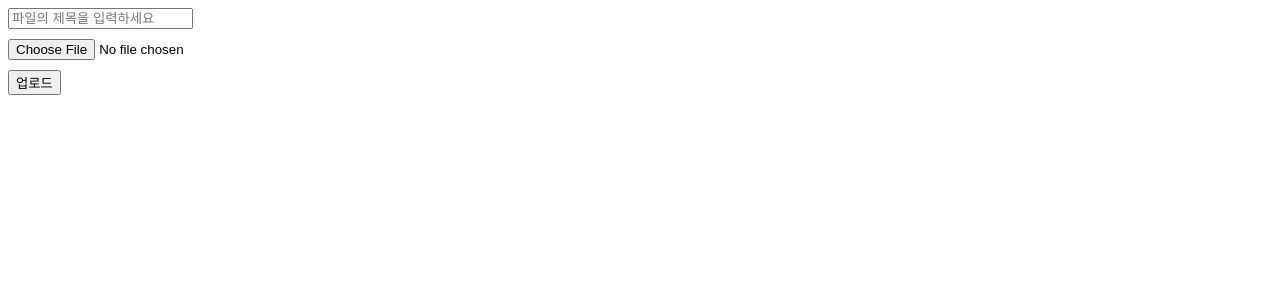
Repository: gudbrwkd98/JavaEE-JSP
Page: BoardApp/WebContent/gallery/send.html
An editor plug-in stored every save of this project. The page is shown before and after the next save, followed by the edit.
The browser window is 1280 px wide. The pictures show the whole page.

Above is the page before, as saved 2020-12-04 02:56:15.

### BoardApp/WebContent/gallery/send.html
<!DOCTYPE html>
<html>
<head>
<meta charset="utf-8">
<title>Insert title here</title>
<style type="text/css">
*{margin-bottom: 10px;}
</style>
<script type="text/javascript">
function send() {
	//서버에 제목및 파일을 전송하자
	//서버에 전송한다는 것은 클라이언트로서 요청한다는 뜻이고
	//흔히 쓰는 요청방법은 2가지
	//업로드시 post get 중 어느것?
	//데이터 량이많아서 post 로
	//post 이용시 form 태그로 감싸줘야 정보전송가능
	form1.action = "/gallery/upload.jsp";
	form1.method = "post"; //바이너리 파일 포함됧 경우 반드시 post 로 전송방식 설정
	form1.submit(); //전송(요청)
}
</script>
</head>
<body>
 	<form name="form1" enctype="multipart/form-data">
		<input type="text" name="msg" placeholder="파일의 제목을 입력하세요"><br>
		<input type="file" name="photo"><br>
		<button onClick="send()">업로드</button>
	</form>


</body>
</html>

After the next save:
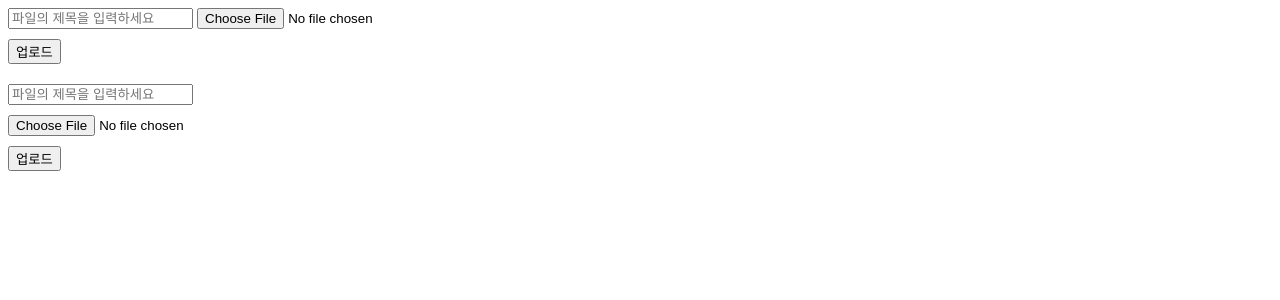
Saved 72 s later.
--- a/BoardApp/WebContent/gallery/send.html
+++ b/BoardApp/WebContent/gallery/send.html
@@ -21,12 +21,17 @@ function send() {
 </script>
 </head>
 <body>
- 	<form name="form1" enctype="multipart/form-data">
+  <form name="form1" enctype="multipart/form-data" >
+	<input type="text" name="msg" placeholder="파일의 제목을 입력하세요" >
+	<input type="file" name="photo"><br>
+	<button onClick="send()">업로드</button>
+  </form>
+
+	<form name="form1" enctype="multipart/form-data">
 		<input type="text" name="msg" placeholder="파일의 제목을 입력하세요"><br>
 		<input type="file" name="photo"><br>
 		<button onClick="send()">업로드</button>
 	</form>
 
-
 </body>
 </html>
